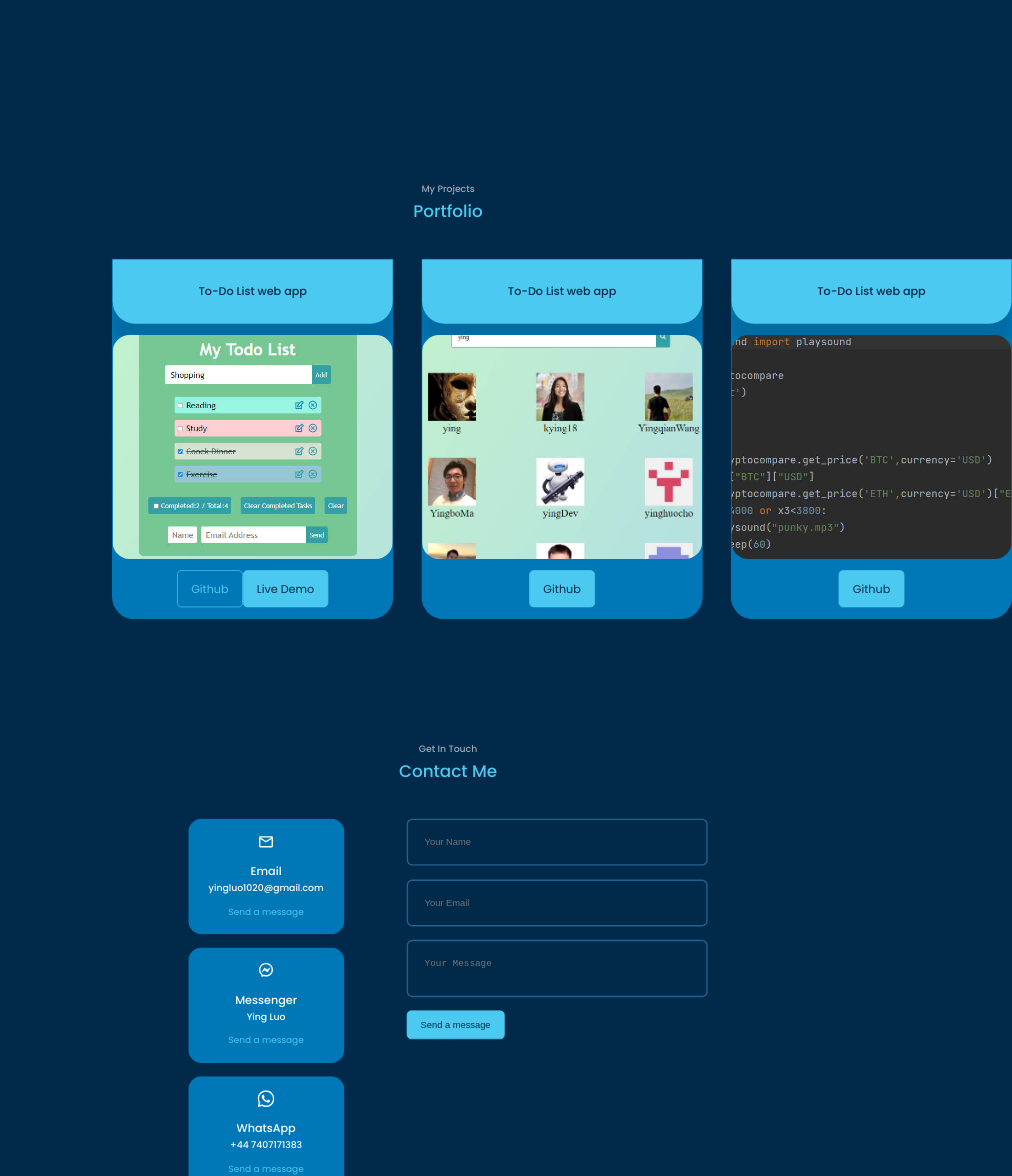
Repository: yingluo1020/react-portfolio-website
Page: /
These files come from the project's save history. The page is drawn as it stood at one moment and after the next save; the edit follows.
The browser window is 1280 px wide. The page is 1446 px wide, so the pictures cover 1446 px, including what lies to the right of the window. The pictures show the part of the page from y = 1782 to 3462 px (the page is 3983 px tall), at 70% of full size.
The project was rebuilt for these pictures with package versions that can differ from the ones it lists, and the page was loaded fresh each time. Imported but missing from the stored project, and not drawn on this page: src/assets/cv1.pdf.

Above is the page before, as saved 2022-03-16 10:41:18.

After the next save:
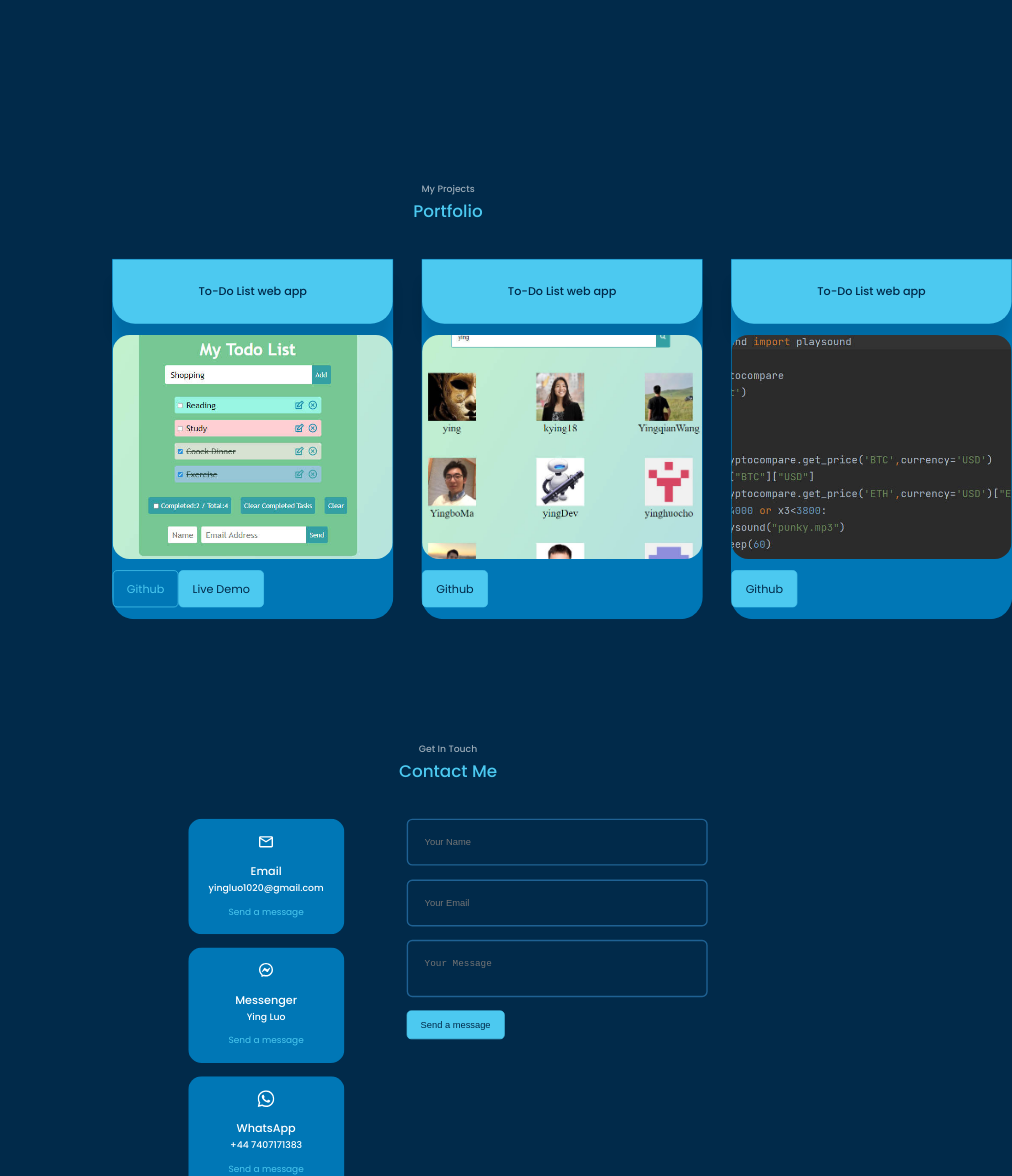
Saved 24 s later.
--- a/src/components/portfolio/portfolio.css
+++ b/src/components/portfolio/portfolio.css
@@ -46,8 +46,8 @@
 }
 
 .portfolio_link {
-    display: flex;
-    justify-content: center;
+    /* display: flex;
+    justify-content: center; */
     margin: 1rem 0;
 }
 
